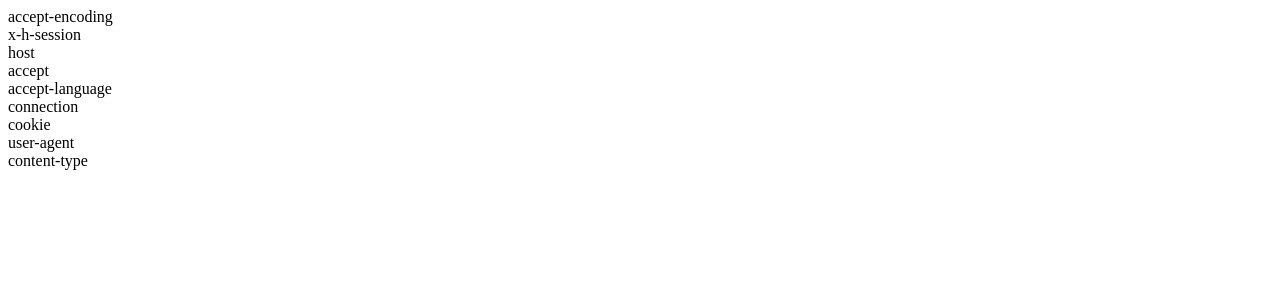
Repository: KyoungHwanJeong/jspworks
Page: http://localhost/jwbook/request/request2_11_21.jsp
These files come from the project's save history. The page is drawn as it stood at one moment and after a run of saves; the edit follows.
The browser window is 1280 px wide. The pictures show the whole page.
The page is served by Tomcat 9.

Above is the page before, as saved 2023-11-21 03:00:57.

After the next 3 saves:
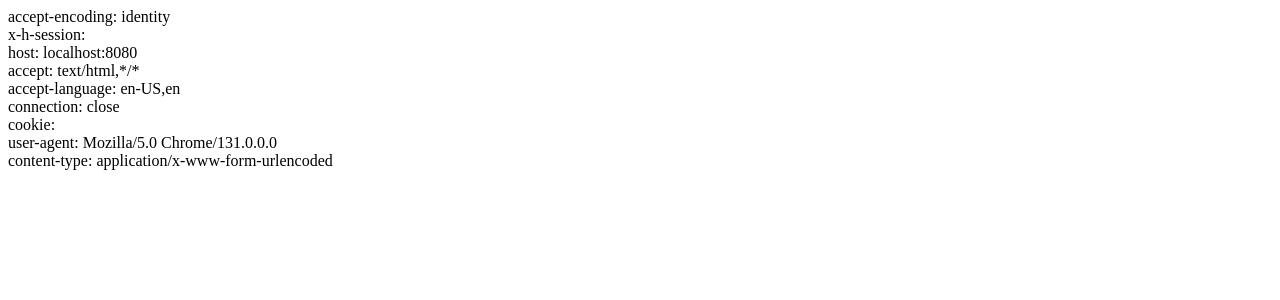
The 3 saves are shown as one change because 1 did not build or start and some came seconds apart.
The last was saved 71 s later.
--- a/jwbook/src/main/webapp/request/request2_11_21.jsp
+++ b/jwbook/src/main/webapp/request/request2_11_21.jsp
@@ -16,7 +16,7 @@
 		String headerName = en.nextElement();
 		String headerValue = request.getHeader(headerName);
 
-		out.println(headerName + "<br>");
+		out.println(headerName + ": " + headerValue + "<br>");
 	}
 
 %>
